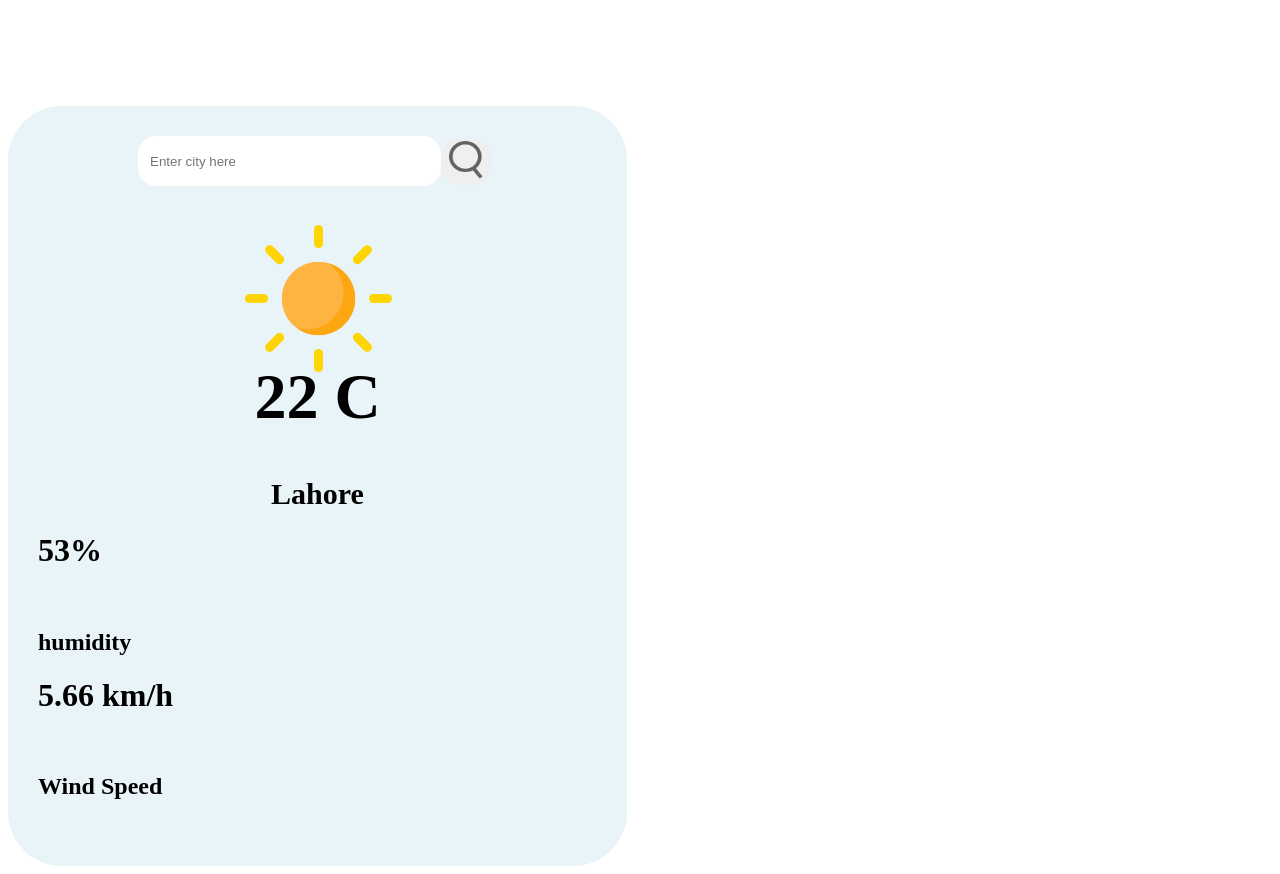
Repository: WajihaGul/Javascripts-Projects
Page: WEATHER APP/index.html
An editor plug-in stored every save of this project. The page is shown before and after the next save, followed by the edit.
The browser window is 1280 px wide. The pictures show the whole page.

Above is the page before, as saved 2024-06-07 15:57:01.
Not found: WEATHER APP/script.js

After the next save:
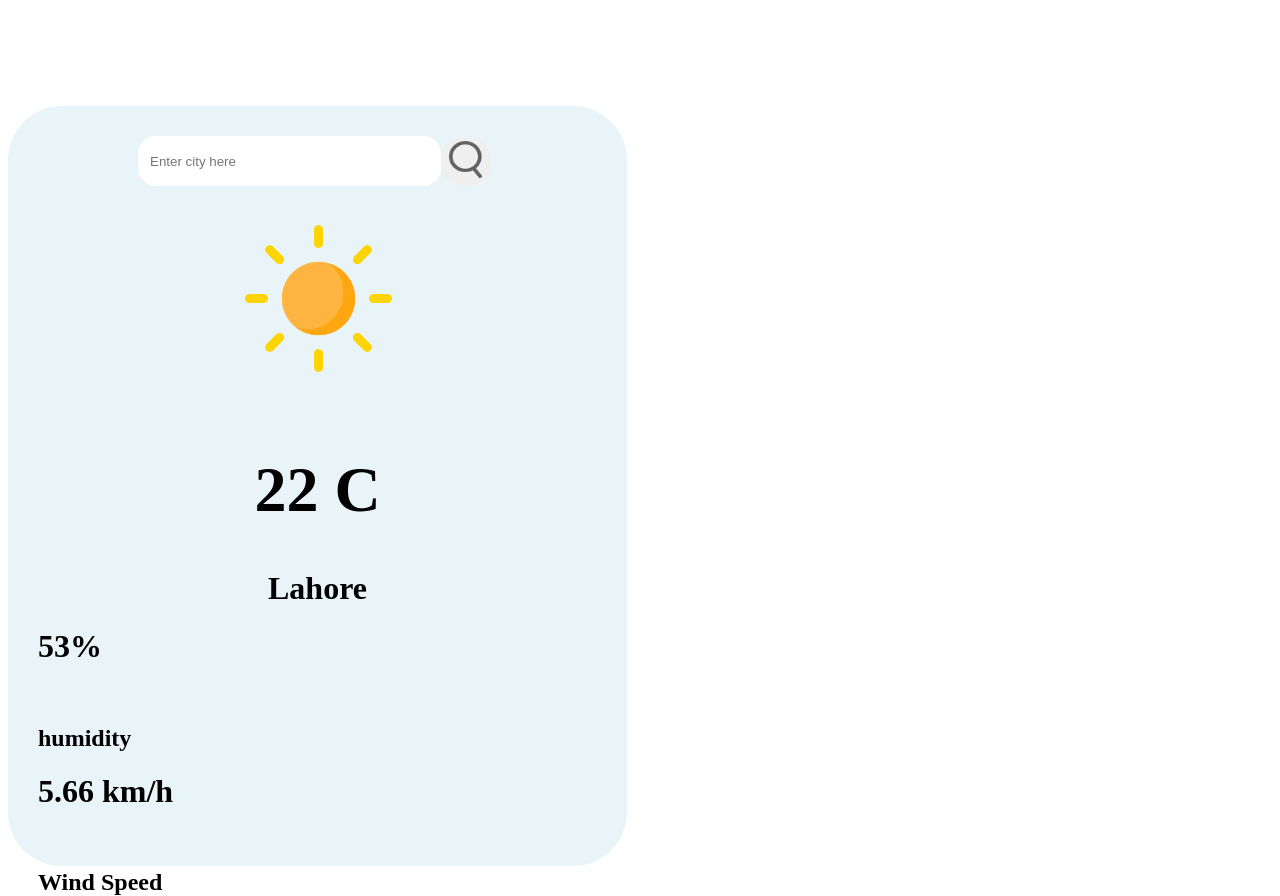
Saved 83 s later.
--- a/WEATHER APP/style.css
+++ b/WEATHER APP/style.css
@@ -37,7 +37,7 @@
     align-items: center;
     justify-content: center;
     font-size: 64px;
-    margin-top: -50px;
+
 }
 .weatherImg{
     display: flex;
@@ -48,4 +48,5 @@
     align-items: center;
     justify-content: center;
     font-size: 30px
+    margin-top: -50px;
 }
